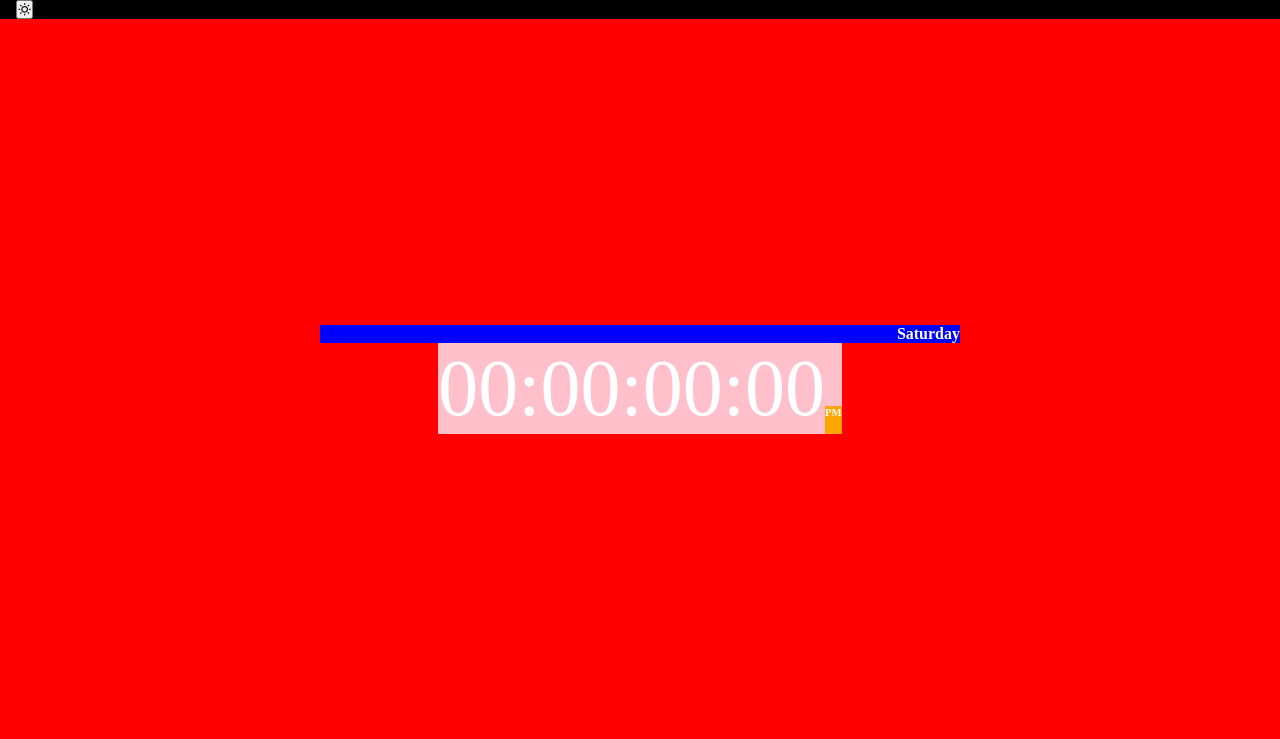
Repository: EguJaredoBoyd/Jared-Digital-Clock
Page: index.html
These files come from the project's save history. The page is drawn as it stood at one moment and after the next save; the edit follows.
The browser window is 1280 px wide. The pictures show the whole page.
Some web libraries are served in a nearby version.

Above is the page before, as saved 2026-01-03 23:33:56.

After the next save:
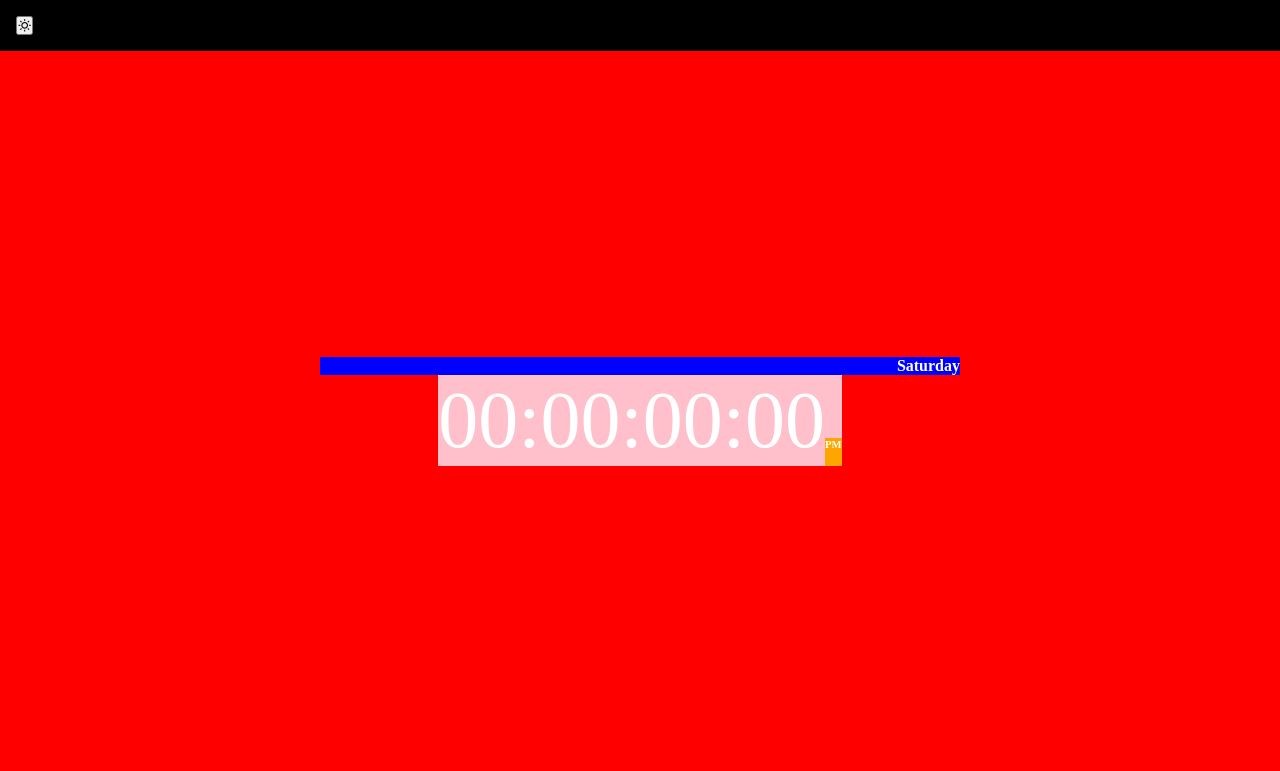
Saved 20 s later.
--- a/css/styles.css
+++ b/css/styles.css
@@ -13,7 +13,7 @@ body {
 }
 
 header {
-  padding-left: 1rem;
+  padding: 1rem;
 }
 
 .watch-container {
